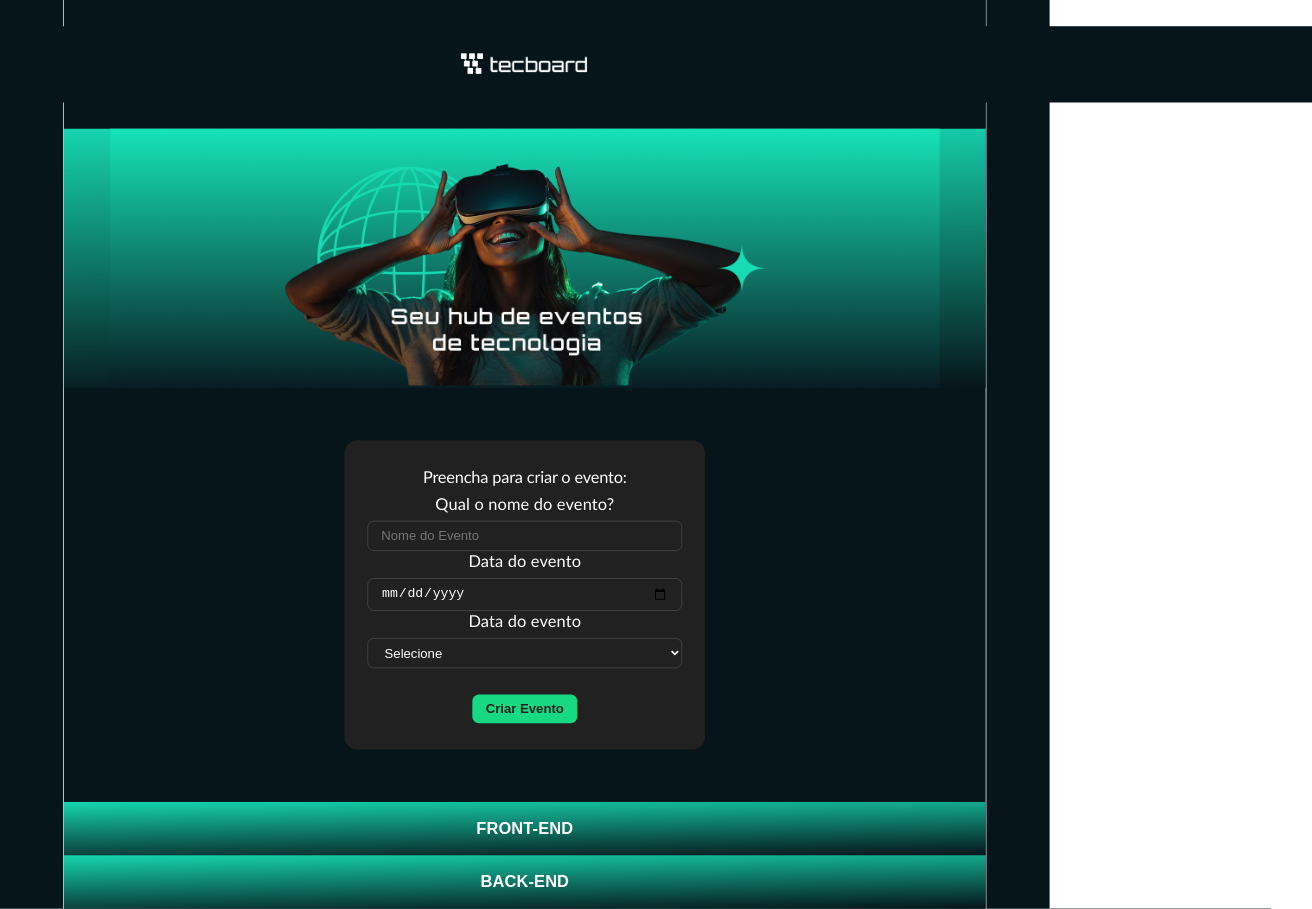
Repository: fernandadev12/techboard
Page: /
These files come from the project's save history. The page is drawn as it stood at one moment and after the next save; the edit follows.
The browser window is 1280 px wide. The page is 1600 px wide, so the pictures cover 1600 px, including what lies to the right of the window. The pictures show the whole page, at 82% of full size.
The project was rebuilt for these pictures with package versions that can differ from the ones it lists, and the page was loaded fresh each time. Also part of the build but not shown: vite.config.js.

Above is the page before, as saved 2026-06-14 17:19:34.

### index.html
<!doctype html>
<html lang="en">
  <head>
    <meta charset="UTF-8" />
    <link rel="icon" type="image/svg+xml" href="/favicon.svg" />
    <meta name="viewport" content="width=device-width, initial-scale=1.0" />
    <link rel="preconnect" href="https://fonts.googleapis.com" />
    <link rel="preconnect" href="https://fonts.gstatic.com" crossorigin />
    <link
      href="https://fonts.googleapis.com/css2?family=Orbitron:wght@400..900&display=swap"
      rel="stylesheet"
    />
    <link rel="preconnect" href="https://fonts.googleapis.com" />
    <link rel="preconnect" href="https://fonts.gstatic.com" crossorigin />
    <link
      href="https://fonts.googleapis.com/css2?family=Orbitron:wght@400..900&family=Work+Sans:ital,wght@0,100..900;1,100..900&display=swap"
      rel="stylesheet"
    />
    <title>techboard</title>
  </head>
  <body>
    <div id="root"></div>
    <script type="module" src="/src/main.jsx"></script>
  </body>
</html>

### src/index.css
:root {
  --text: #6b6375;
  --text-h: #08060d;
  --bg: #fff;
  --border: #e5e4e7;
  --code-bg: #f4f3ec;
  --accent: #aa3bff;
  --accent-bg: rgba(170, 59, 255, 0.1);
  --accent-border: rgba(170, 59, 255, 0.5);
  --social-bg: rgba(244, 243, 236, 0.5);
  --shadow:
    rgba(0, 0, 0, 0.1) 0 10px 15px -3px, rgba(0, 0, 0, 0.05) 0 4px 6px -2px;

  --sans: system-ui, "Segoe UI", Roboto, sans-serif;
  --heading: system-ui, "Segoe UI", Roboto, sans-serif;
  --mono: ui-monospace, Consolas, monospace;

  font: 18px/145% var(--sans);
  letter-spacing: 0.18px;
  color-scheme: light dark;
  color: var(--text);
  background: var(--bg);
  font-synthesis: none;
  text-rendering: optimizeLegibility;
  -webkit-font-smoothing: antialiased;
  -moz-osx-font-smoothing: grayscale;

  @media (max-width: 1024px) {
    font-size: 16px;
  }
}

@media (prefers-color-scheme: dark) {
  :root {
    --text: #9ca3af;
    --text-h: #f3f4f6;
    --bg: #16171d;
    --border: #2e303a;
    --code-bg: #1f2028;
    --accent: #c084fc;
    --accent-bg: rgba(192, 132, 252, 0.15);
    --accent-border: rgba(192, 132, 252, 0.5);
    --social-bg: rgba(47, 48, 58, 0.5);
    --shadow:
      rgba(0, 0, 0, 0.4) 0 10px 15px -3px, rgba(0, 0, 0, 0.25) 0 4px 6px -2px;
  }

  #social .button-icon {
    filter: invert(1) brightness(2);
  }
}

body {
  margin: 0;
  background-color: #06151a;
  font-family: "work-sans", sans-serif;
}

#root {
  width: 1126px;
  max-width: 100%;
  margin: 0 auto;
  text-align: center;
  border-inline: 1px solid var(--border);
  min-height: 100svh;
  display: flex;
  flex-direction: column;
  box-sizing: border-box;
}

h1,
h2 {
  font-family: var(--heading);
  font-weight: 500;
  color: var(--text-h);
}

h1 {
  font-size: 56px;
  letter-spacing: -1.68px;
  margin: 32px 0;
  @media (max-width: 1024px) {
    font-size: 36px;
    margin: 20px 0;
  }
}
h2 {
  font-size: 24px;
  line-height: 118%;
  letter-spacing: -0.24px;
  margin: 0 0 8px;
  @media (max-width: 1024px) {
    font-size: 20px;
  }
}
p {
  margin: 0;
}

code,
.counter {
  font-family: var(--mono);
  display: inline-flex;
  border-radius: 4px;
  color: var(--text-h);
}

code {
  font-size: 15px;
  line-height: 135%;
  padding: 4px 8px;
  background: var(--code-bg);
}

### src/App.jsx
import "./App.css";
import { Banner } from "./componentes/Banner";
import { Tema } from "./componentes/Tema";
import { FormularioDeEvento } from "./componentes/FormularioDeEvento";

function App() {
  const temas = [
    {
      id: 1,
      nome: "Front-end",
    },
    {
      id: 2,
      nome: "Back-end",
    },
    {
      id: 3,
      nome: "Mobile",
    },
    {
      id: 4,
      nome: "DevOps",
    },
    {
      id: 5,
      nome: "Inteligência Artificial",
    },
    {
      id: 6,
      nome: "Cloud",
    },
  ];

  temas.map;

  return (
    <main>
      <header>
        <img src="/Header.png"></img>
      </header>
      <Banner />
      <FormularioDeEvento />
      <section>
        <Tema tema={temas[0]} />
      </section>
      <section>
        <Tema tema={temas[1]} />
      </section>
    </main>
  );
}

export default App;

### src/App.css
header {
  background-color: #06151a;
  padding: 32px;
  display: flex;
  justify-content: center;
}
section {
  background: linear-gradient(179deg, #16d5af 0%, #06151a);
  display: flex;
  justify-content: center;
}
section img {
  max-width: 90%;
}

.form-evento {
  background-color: #212121;
  padding: 32px 28px;
  border-radius: 15px;
  width: 394px;
  margin: 64px auto;
  max-width: 320px;
}
.hero {
  position: relative;

  .base,
  .framework,
  .vite {
    inset-inline: 0;
    margin: 0 auto;
  }

  .base {
    width: 170px;
    position: relative;
    z-index: 0;
  }

  .framework,
  .vite {
    position: absolute;
  }

  .framework {
    z-index: 1;
    top: 34px;
    height: 28px;
    transform: perspective(2000px) rotateZ(300deg) rotateX(44deg) rotateY(39deg)
      scale(1.4);
  }

  .vite {
    z-index: 0;
    top: 107px;
    height: 26px;
    width: auto;
    transform: perspective(2000px) rotateZ(300deg) rotateX(40deg) rotateY(39deg)
      scale(0.8);
  }
}

#center {
  display: flex;
  flex-direction: column;
  gap: 25px;
  place-content: center;
  place-items: center;
  flex-grow: 1;

  @media (max-width: 1024px) {
    padding: 32px 20px 24px;
    gap: 18px;
  }
}

#next-steps {
  display: flex;
  border-top: 1px solid var(--border);
  text-align: left;

  & > div {
    flex: 1 1 0;
    padding: 32px;
    @media (max-width: 1024px) {
      padding: 24px 20px;
    }
  }

  .icon {
    margin-bottom: 16px;
    width: 22px;
    height: 22px;
  }

  @media (max-width: 1024px) {
    flex-direction: column;
    text-align: center;
  }
}

#docs {
  border-right: 1px solid var(--border);

  @media (max-width: 1024px) {
    border-right: none;
    border-bottom: 1px solid var(--border);
  }
}

#next-steps ul {
  list-style: none;
  padding: 0;
  display: flex;
  gap: 8px;
  margin: 32px 0 0;

  .logo {
    height: 18px;
  }

  a {
    color: var(--text-h);
    font-size: 16px;
    border-radius: 6px;
    background: var(--social-bg);
    display: flex;
    padding: 6px 12px;
    align-items: center;
    gap: 8px;
    text-decoration: none;
    transition: box-shadow 0.3s;

    &:hover {
      box-shadow: var(--shadow);
    }
    .button-icon {
      height: 18px;
      width: 18px;
    }
  }

  @media (max-width: 1024px) {
    margin-top: 20px;
    flex-wrap: wrap;
    justify-content: center;

    li {
      flex: 1 1 calc(50% - 8px);
    }

    a {
      width: 100%;
      justify-content: center;
      box-sizing: border-box;
    }
  }
}

#spacer {
  height: 88px;
  border-top: 1px solid var(--border);
  @media (max-width: 1024px) {
    height: 48px;
  }
}

.ticks {
  position: relative;
  width: 100%;

  &::before,
  &::after {
    content: "";
    position: absolute;
    top: -4.5px;
    border: 5px solid transparent;
  }

  &::before {
    left: 0;
    border-left-color: var(--border);
  }
  &::after {
    right: 0;
    border-right-color: var(--border);
  }
}

### src/componentes/Banner/index.jsx
import "./bannerstyles.css";

export function Banner() {
  return (
    <section className="banner">
      <img src="/Banner.jpg"></img>
    </section>
  );
}

### src/componentes/Tema/index.jsx
import "./temastyles.css";

export function Tema({ tema }) {
  return <h3 className="titulotema">{tema.nome}</h3>;
}

### src/componentes/FormularioDeEvento/index.jsx
import { TituloFormulario } from "../TituloFormulario";
import { CampoFormulario } from "../CampoDeFormulario";
import { LabelFormulario } from "../Label";
import { CampoDeEntrada } from "../CampoDeEntrada";
import "./formularioEventoStyles.css";
import { BotaoFormulario } from "../Botao";
import { ListaSuspensa } from "../ListaSuspensa";

export function FormularioDeEvento() {
  return (
    <form className="form-evento">
      <TituloFormulario> Preencha para criar o evento:</TituloFormulario>
      <div className="campor">
        <CampoFormulario>
          <LabelFormulario htmlFor="nome">
            Qual o nome do evento?
          </LabelFormulario>
          <CampoDeEntrada
            type="text"
            id="nome"
            placeholder="Nome do Evento"
            name="nomeEvento"
          />
        </CampoFormulario>

        <CampoFormulario>
          <LabelFormulario htmlFor="dataEvento">Data do evento</LabelFormulario>
          <CampoDeEntrada type="date" id="dataEvento" name="dataEvento" />
        </CampoFormulario>

        <CampoFormulario>
          <LabelFormulario htmlFor="dataEvento">Data do evento</LabelFormulario>
          <ListaSuspensa />
        </CampoFormulario>
      </div>

      <div className="acoes">
        <BotaoFormulario>Criar Evento</BotaoFormulario>
      </div>
    </form>
  );
}

### src/componentes/Banner/bannerstyles.css
.banner {
  background: linear-gradient(179deg, #16d5af 0%, #06151a);
  display: flex;
  justify-content: center;
}

.banner img {
  max-width: 90%;
}

### src/componentes/Tema/temastyles.css
.titulotema {
  color: #fff;
  font-family: "Orbiton", sans-serif;
  font-weight: 600;
  font-size: 20px;
  line-height: 125%;
  letter-spacing: 10%;
  text-transform: uppercase;
}

### src/componentes/TituloFormulario/index.jsx
import "./titulostyle.css";

// export function TituloFormulario() {
//   return <h3 class="tituloform">Preencha para criar um evento:</h3>;
// }
export function TituloFormulario({ children }) {
  return <h2 className="tituloform">{children}</h2>;
}

### src/componentes/CampoDeFormulario/index.jsx
import "./campoformestyles.css";

export function CampoFormulario({ children }) {
  return <fieldset className="campoform">{children}</fieldset>;
}

### src/componentes/Label/index.jsx
import "./labelstyles.css";

export function LabelFormulario({ children, htmlFor }) {
  return (
    <label className="label" htmlFor={htmlFor}>
      {children}
    </label>
  );
}

### src/componentes/CampoDeEntrada/index.jsx
import "./campoentradastyles.css";

export function CampoDeEntrada(props) {
  return <input className="campoformularioinput" {...props} />;
}

### src/componentes/FormularioDeEvento/formularioEventoStyles.css
.campos {
  display: flex;
  flex-direction: column;
  gap: 16px;
}

.form-evento {
  background-color: #212121;
  padding: 32px 28px;
  border-radius: 16px;
  width: 384px;
  max-width: 90%;
  margin: 64px auto;
}

.acoes {
  margin-top: 32px;
  text-align: center;
}

### src/componentes/Botao/index.jsx
import "./botaostyles.css";

export function BotaoFormulario({ children }) {
  return <button className="botaoform">{children}</button>;
}

### src/componentes/ListaSuspensa/index.jsx
import "./listasuspensastyles.css";

export function ListaSuspensa() {
  return (
    <select className="listasuspensaform">
      <option value="">Selecione</option>
      <option value="valor1">valor1</option>
      <option value="valor2">valor2</option>
    </select>
  );
}

### src/componentes/TituloFormulario/titulostyle.css
.tituloform {
  font-family:
    "Trebuchet MS", "Lucida Sans Unicode", "Lucida Grande", "Lucida Sans",
    Arial, sans-serif;
  font-weight: 400;
  font-size: 20px;
  line-height: 125%;
  color: #fff;
}

### src/componentes/CampoDeFormulario/campoformestyles.css
.campoform {
  display: flex;
  flex-direction: column;
  gap: 8px;
  border: none;
  padding: 0;
  margin: 0;
}

### src/componentes/Label/labelstyles.css
.label {
  font-family:
    "Trebuchet MS", "Lucida Sans Unicode", "Lucida Grande", "Lucida Sans",
    Arial, sans-serif;
  font-weight: 400;
  font-size: 20px;
  line-height: 125%;
  color: #fff;
}

### src/componentes/CampoDeEntrada/campoentradastyles.css
.campoformularioinput {
  border-radius: 8px;
  background-color: transparent;
  border: 1px solid #4a4949;
  color: #fff;
  padding: 8px 16px;
  font-size: 16px;
  font-weight: 400;
  line-height: 120%;
}

.campoformularioinput:placeholder {
  color: #4a4949;
}

### src/componentes/Botao/botaostyles.css
.botaoform {
  font-weight: 600;
  font-size: 16px;
  line-height: 120%;
  color: #212121;
  padding: 8px 16px;
  background-color: #17d981;
  border-radius: 8px;
  border: none;
}

.botaoform:hover {
  opacity: 0.8;
  cursor: pointer;
}

### src/componentes/ListaSuspensa/listasuspensastyles.css
.listasuspensaform {
  border-radius: 8px;
  background-color: transparent;
  border: 1px solid #4a4949;
  color: #fff;
  padding: 8px 16px;
  font-size: 16px;
  font-weight: 400;
  line-height: 120%;
}

Loaded but not shown: src/main.jsx (common file)

After the next save:
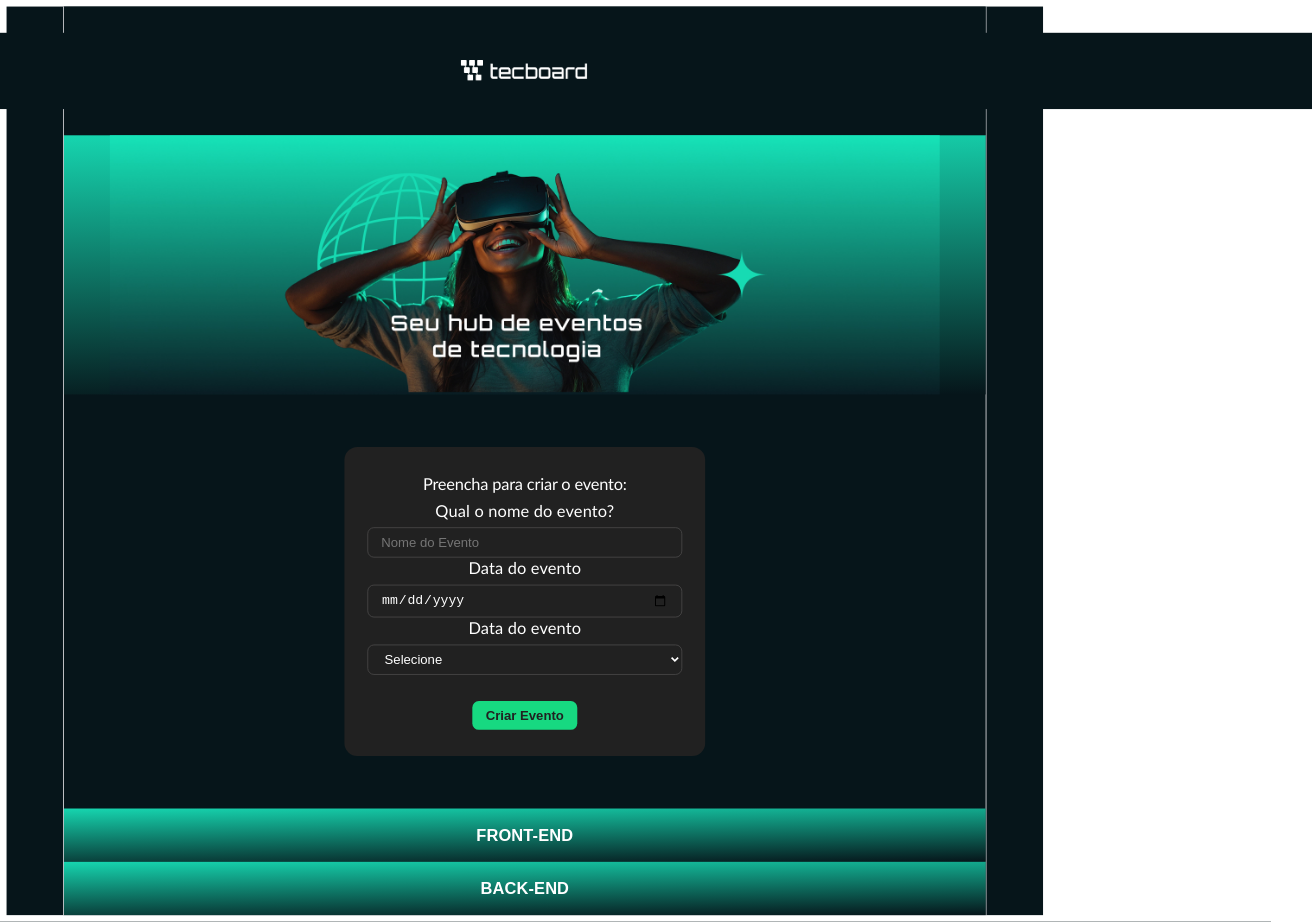
Saved 3 min 16 s later.
--- a/src/index.css
+++ b/src/index.css
@@ -51,9 +51,7 @@
 }
 
 body {
-  margin: 0;
   background-color: #06151a;
-  font-family: "work-sans", sans-serif;
 }
 
 #root {
